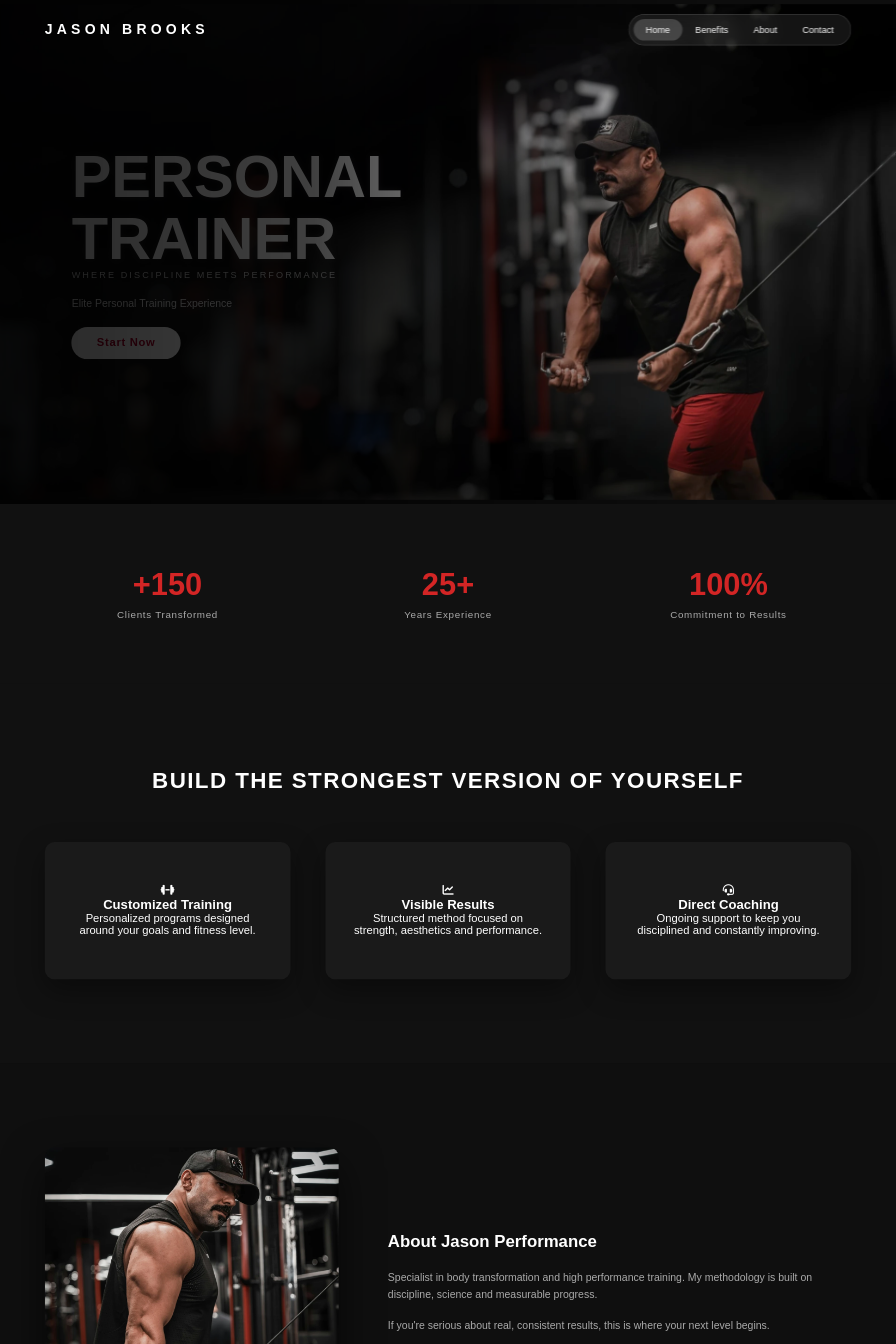
Repository: davidfsillva/Jason-Brooks
Page: index.html
An editor plug-in stored every save of this project. The page is shown before and after the next save, followed by the edit.
The browser window is 1280 px wide. The pictures show the part of the page from y = 0 to 1920 px (the page is 3042 px tall), at 70% of full size.
Some web fonts or font styles are not loaded; a fallback is used.

Above is the page before, as saved 2026-02-21 17:43:39.

### index.html
<!DOCTYPE html>
<html lang="en">
<head>
    <!-- META SEO -->
    <meta charset="UTF-8">
    <meta name="viewport" content="width=device-width, initial-scale=1.0">

    <title>Axon Performance | Personal Trainer</title>
    <meta name="description" content="Personal trainer focused on performance, aesthetics and real physical transformation. Customized training programs for serious results.">

    <!-- Open Graph -->
    <meta property="og:title" content="Axon Performance | Personal Trainer">
    <meta property="og:description" content="Customized training programs focused on performance and transformation.">
    <meta property="og:type" content="website">
    <meta property="og:image" content="https://yourdomain.com/preview.jpg">

    <!-- Font Awesome (removido duplicado) -->
    <link rel="stylesheet" href="https://cdnjs.cloudflare.com/ajax/libs/font-awesome/6.5.1/css/all.min.css">

    <!-- Canonical -->
    <link rel="canonical" href="https://yourdomain.com/">

    <!-- CSS -->
    <link rel="stylesheet" href="style.css">

    <!-- JS -->
    <script src="script.js" defer></script>
</head>

<body>

    <!-- ================= HEADER ================= -->
    <header class="header">
        <div class="container nav-container">
            <div class="logo">JASON BROOKS </div>

            <nav class="nav" id="nav">
                <a href="#home" class="active">Home</a>
                <a href="#benefits">Benefits</a>
                <a href="#about">About</a>
                <a href="#contact">Contact</a>
            </nav>

            <button
                class="menu-toggle"
                id="menu-toggle"
                aria-label="Toggle navigation menu"
                aria-expanded="false">

                <span class="hamburger">
                    <span></span>
                    <span></span>
                    <span></span>
                </span>

            </button>
        </div>
    </header>

    <!-- ================= HERO ================= -->
    <section class="hero" id="home">

        <div class="hero-overlay"></div>

        <div class="hero-content">

            <h1>PERSONAL<br>TRAINER</h1>

            <p class="hero-small">Where Discipline Meets Performance</p>

            <p class="hero-sub">Elite Personal Training Experience</p>
            <a href="#" class="btn-primary">Start Now</a>
        </div>

    </section>

    <!-- ================= STATS ================= -->
    <section class="stats">
        <div class="container stats-grid">
            <div class="stat-item">
                <h3>+150</h3>
                <p>Clients Transformed</p>
            </div>
            <div class="stat-item">
                <h3>25+</h3>
                <p>Years Experience</p>
            </div>
            <div class="stat-item">
                <h3>100%</h3>
                <p>Commitment to Results</p>
            </div>
        </div>
    </section>

    <!-- ================= BENEFITS ================= -->
    <section class="benefits" id="benefits">
        <div class="container">
            <h2 class="section-title fade-in">Build the Strongest Version of Yourself</h2>

            <div class="benefits-grid">

                <div class="benefit-card fade-in">
                    <i class="fa-solid fa-dumbbell"></i>
                    <h3>Customized Training</h3>
                    <p>Personalized programs designed around your goals and fitness level.</p>
                </div>

                <div class="benefit-card fade-in">
                    <i class="fa-solid fa-chart-line"></i>
                    <h3>Visible Results</h3>
                    <p>Structured method focused on strength, aesthetics and performance.</p>
                </div>

                <div class="benefit-card fade-in">
                    <i class="fa-solid fa-headset"></i>
                    <h3>Direct Coaching</h3>
                    <p>Ongoing support to keep you disciplined and constantly improving.</p>
                </div>

            </div>
        </div>
    </section>

    <!-- ================= ABOUT ================= -->
    <section class="about" id="about">
        <div class="container about-container fade-in">

            <div class="about-image">
                <img src="img/hero2.webp" alt="Professional personal trainer coaching client">
            </div>

            <div class="about-text">
                <h2>About Jason Performance</h2>
                <p>
                    Specialist in body transformation and high performance training.
                    My methodology is built on discipline, science and measurable progress.
                </p>
                <p>
                    If you're serious about real, consistent results,
                    this is where your next level begins.
                </p>
                <a href="#contact" class="btn-secondary">Work With Me</a>
            </div>

        </div>
    </section>

    <!-- ================= CTA ================= -->
    <section class="cta" id="contact">
        <div class="container fade-in">
            <h2>Ready to Elevate Your Performance?</h2>
            <p>Fill out the form below and start your transformation today.</p>

            <form id="contact-form" class="contact-form" novalidate>
                <input
                    type="text"
                    id="name"
                    placeholder="Your Name"
                    required
                    aria-label="Your Name">

                <input
                    type="email"
                    id="email"
                    placeholder="Your Email"
                    required
                    aria-label="Your Email">

                <button type="submit" class="btn-primary">
                    Start Now
                </button>

                <p id="form-message" role="alert"></p>
            </form>
        </div>
    </section>

    <!-- ================= FOOTER ================= -->
    <footer class="footer">
        <p>© 2026 Jason Brooks - All Rights Reserved</p>
    </footer>

</body>
</html>

### style.css
/* ================= FONT ================= */
@font-face {
    font-family: 'TT Answer';
    src: url('fonts/TTAnswer-Regular.woff2') format('woff2');
    font-weight: 400;
    font-style: normal;
}

@font-face {
    font-family: 'TT Answer';
    src: url('fonts/TTAnswer-Medium.woff2') format('woff2');
    font-weight: 500;
    font-style: normal;
}

@font-face {
    font-family: 'TT Answer';
    src: url('fonts/TTAnswer-Bold.woff2') format('woff2');
    font-weight: 700;
    font-style: normal;
}


/* ================= DESIGN SYSTEM ================= */
:root {
    --primary: #b0002a;
    --primary-light: #d32525;
    --dark: #0f0f0f;
    --dark-light: #1a1a1a;
    --text: #ffffff;
    --text-muted: #aaaaaa;
    --radius: 14px;
    --transition: 0.3s ease;
}


/* ================= RESET ================= */
* {
    margin: 0;
    padding: 0;
    box-sizing: border-box;
}

body {
    font-family: 'TT Answer', sans-serif;
    background: var(--dark);
    color: var(--text);
    scroll-behavior: smooth;
    -webkit-font-smoothing: antialiased;

}

.container {
    width: 90%;
    max-width: 1200px;
    margin: auto;
}


/* ================= HEADER ================= */
header {
    position: fixed;
    top: 0;
    left: 0;
    width: 100%;
    padding: 20px 0;
    background: transparent;
    z-index: 10;
    transition: 0.3s ease;

}

.nav-container {
    display: flex;
    justify-content: space-between;
    align-items: center;
}

.logo {
    font-size: 20px;
    font-weight: 700;
    letter-spacing: 6px;
    text-transform: uppercase;
}

/* ================= MENU PILL ================= */
.nav {
    display: flex;
    align-items: center;
    padding: 6px;
    border-radius: 40px;
    background: rgba(255,255,255,0.08);
    backdrop-filter: blur(12px);
    border: 1px solid rgba(255,255,255,0.15);
}

.nav a {
    text-decoration: none;
    color: white;
    font-size: 13px;
    font-weight: 500;
    padding: 8px 18px;
    border-radius: 30px;
    transition: 0.3s ease;
}

.nav a.active {
    background: rgba(255, 255, 255, 0.185);
    color: white;
}

.nav a:hover {
    color: var(--primary-light);
}

.menu-toggle {
    display: none;
    font-size: 26px;
    cursor: pointer;
}

.header.scrolled {
    background: rgba(0,0,0,0.85);
    padding: 15px 0;
}

/* ================= HAMBURGER PREMIUM ================= */

.menu-toggle {
    background: none;
    border: none;
    cursor: pointer;
    display: none;
    z-index: 1100;
}

.hamburger {
    width: 28px;
    height: 20px;
    position: relative;
    display: flex;
    flex-direction: column;
    justify-content: space-between;
    transition: 0.4s ease;
}

.hamburger span {
    height: 2px;
    width: 100%;
    background: var(--text);
    border-radius: 2px;
    transition: 0.4s ease;
    transform-origin: center;
}

/* ================= ANIMAÇÃO ATIVO ================= */

.menu-toggle.active .hamburger {
    transform: rotate(180deg);
}

.menu-toggle.active .hamburger span:nth-child(1) {
    transform: translateY(9px) rotate(45deg);
}

.menu-toggle.active .hamburger span:nth-child(2) {
    opacity: 0;
}

.menu-toggle.active .hamburger span:nth-child(3) {
    transform: translateY(-9px) rotate(-45deg);
}



/* ================= HERO ================= */
.hero {
    min-height: 100vh;
    width: 100%;
    position: relative;
    display: flex;
    align-items: center;
    justify-content: flex-start;
    padding: 0 8%;
    overflow: hidden;

    background: url("img/herodes2.webp") right center / cover no-repeat;
    animation: heroZoom 8s ease-out forwards;
}

@keyframes heroZoom {
    from {
        background-size: 105%;
    }
    to {
        background-size: 100%;
    }
}

.hero-overlay {
    position: absolute;
    inset: 0;
    z-index: 1;

    background:
        linear-gradient(
            90deg,
            rgba(0,0,0,0.85) 0%,
            rgba(0,0,0,0.75) 35%,
            rgba(0,0,0,0.4) 60%,
            rgba(0,0,0,0.1) 80%,
            rgba(0,0,0,0) 100%
        );
}

/* ================= HERO ANIMATION ================= */

.hero-content {
    opacity: 0;
    transform: translateY(40px);
    animation: heroReveal 1.2s ease forwards;
    animation-delay: 0.4s;
}

@keyframes heroReveal {
    to {
        opacity: 1;
        transform: translateY(0);
    }
}

.hero-content h1 {
    font-size: 85px;
    line-height: 1.05;
    animation: glowPulse 3s ease-in-out infinite alternate;
}

@keyframes glowPulse {
    from {
        text-shadow: 0 0 10px rgba(255,255,255,0.1);
    }
    to {
        text-shadow: 0 0 25px rgba(255,255,255,0.35);
    }
}

.hero-small {
    font-size: 13px;
    letter-spacing: 3px;
    text-transform: uppercase;
    margin-bottom: 15px;
    opacity: 0.8;
}


.hero-sub {
    margin: 25px 0;
    font-size: 15px;
    font-weight: 400;
    opacity: 0.9;
}

.hero-image-side {
    flex: 1;
    display: flex;
    justify-content: flex-end;
    align-items: center; /* centraliza verticalmente */
    padding-right: 70px;
}

.hero-image-side img {
    width: 95%;
    max-width: 480px;

    -webkit-mask-image: linear-gradient(
        135deg,
        transparent 0%,
        black 40%,
        black 60%,
        transparent 100%
    );

    mask-image: linear-gradient(
        135deg,
        transparent 0%,
        black 40%,
        black 60%,
        transparent 100%
    );
}




/* ================= BUTTONS ================= */
.btn-primary {
    display: inline-block;
    padding: 14px 36px;
    background: var(--text);
    color: var(--primary);
    text-decoration: none;
    font-weight: 600;
    border-radius: 30px;
    letter-spacing: 1px;
    transition: var(--transition);
}

.btn-primary:hover {
    background: var(--primary-light);
    color: white;
    transform: translateY(-3px);
}

.btn-secondary {
    display: inline-block;
    margin-top: 20px;
    padding: 12px 30px;
    border: 2px solid var(--primary);
    color: var(--primary);
    text-decoration: none;
    border-radius: 30px;
    font-weight: 500;
    transition: var(--transition);
}

.btn-secondary:hover {
    background: var(--primary);
    color: white;
}


/* ================= STATS ================= */
.stats {
    background: #111;
    padding: 90px 0;
    text-align: center;
}

.stats-grid {
    display: grid;
    grid-template-columns: repeat(auto-fit, minmax(200px, 1fr));
    gap: 50px;
}

.stat-item h3 {
    font-size: 44px;
    font-weight: 700;
    color: var(--primary-light);
}

.stat-item p {
    margin-top: 10px;
    font-size: 14px;
    color: var(--text-muted);
    letter-spacing: 1px;
}


/* ================= BENEFITS ================= */
.benefits {
    padding: 120px 0;
    background: #111;
    text-align: center;
}

.section-title {
    margin-bottom: 70px;
    font-size: 32px;
    font-weight: 700;
    letter-spacing: 2px;
    text-transform: uppercase;
}

.benefits-grid {
    display: grid;
    grid-template-columns: repeat(auto-fit, minmax(260px, 1fr));
    gap: 50px;
}

.benefit-card {
    background: var(--dark-light);
    padding: 60px 35px;
    border-radius: var(--radius);
    transition: var(--transition);
    box-shadow: 0 15px 40px rgba(0,0,0,0.4);
}

.benefit-card:hover {
    transform: translateY(-10px);
    background: #222;
}

.icon {
    font-size: 32px;
    color: var(--primary-light);
    margin-bottom: 25px;
    transition: 0.3s ease;
}

.benefit-card:hover .icon {
    transform: scale(1.15);
    color: white;
}


/* ================= ABOUT ================= */
.about {
    padding: 120px 0;
    background: var(--dark);
}

.about-container {
    display: flex;
    gap: 70px;
    align-items: center;
    flex-wrap: wrap;
}

.about-image img {
    width: 100%;
    max-width: 420px;
    border-radius: var(--radius);
    box-shadow: 0 25px 60px rgba(0,0,0,0.6);
}

.about-text {
    flex: 1;
}

.about h2 {
    margin-bottom: 25px;
    font-weight: 700;
}

.about p {
    margin-bottom: 18px;
    line-height: 1.7;
    font-size: 15px;
    color: var(--text-muted);
}


/* ================= CTA PREMIUM ================= */
.cta {
    padding: 140px 0;
    background: radial-gradient(circle at top left, rgba(255,0,80,0.25), transparent 60%),
                linear-gradient(120deg, #5a0015, #b0002a);
    text-align: center;
    position: relative;
}

.cta h2 {
    font-size: 36px;
    margin-bottom: 15px;
    letter-spacing: 2px;
    text-transform: uppercase;
}

.cta p {
    color: rgba(255,255,255,0.8);
    margin-bottom: 40px;
    font-size: 15px;
}

/* Card do formulário */
.contact-form {
    background: rgba(255,255,255,0.06);
    backdrop-filter: blur(18px);
    padding: 45px 35px;
    border-radius: 20px;
    display: flex;
    flex-direction: column;
    gap: 18px;
    max-width: 420px;
    margin: auto;
    box-shadow: 0 30px 60px rgba(0,0,0,0.5);
    border: 1px solid rgba(255,255,255,0.08);
}

/* Inputs */
.contact-form input {
    padding: 16px 20px;
    border-radius: 30px;
    border: 1px solid rgba(255,255,255,0.15);
    background: rgba(0,0,0,0.4);
    color: white;
    font-family: 'TT Answer', sans-serif;
    font-size: 14px;
    transition: 0.3s ease;
}

.contact-form input::placeholder {
    color: rgba(255,255,255,0.5);
}

.contact-form input:focus {
    border-color: var(--primary-light);
    box-shadow: 0 0 0 3px rgba(255,45,85,0.2);
    outline: none;
}

/* Botão */
.contact-form button {
    padding: 15px;
    border-radius: 30px;
    border: none;
    background: white;
    color: var(--primary);
    font-weight: 600;
    letter-spacing: 1px;
    cursor: pointer;
    transition: 0.3s ease;
}

.contact-form button:hover {
    background: var(--primary-light);
    color: white;
    transform: translateY(-3px);
    box-shadow: 0 10px 25px rgba(0,0,0,0.4);
}

/* Mensagem */
#form-message {
    margin-top: 12px;
    font-size: 14px;
    color: #ffffffcc;
}


/* ================= FOOTER ================= */
.footer {
    text-align: center;
    padding: 30px;
    background: #000;
    font-size: 13px;
    letter-spacing: 1px;
    color: var(--text-muted);
}


/* ================= ANIMATION ================= */
.fade-in {
    opacity: 0;
    transform: translateY(30px);
    transition: 0.8s ease;
}

.fade-in.visible {
    opacity: 1;
    transform: translateY(0);
}

section {
    scroll-margin-top: 120px;
}


/* ================= RESPONSIVE ================= */

@media (max-width: 768px) {

    /* ===== HERO ESTRUTURA ===== */
    .hero {
        position: relative;
        display: flex;
        flex-direction: column;
        justify-content: center;   /* CENTRALIZA VERTICAL */
        align-items: center;       /* CENTRALIZA HORIZONTAL */
        min-height: 100vh;
        padding: 0 20px;
        text-align: center;
        background: url("img/heromobile.webp") center 35% / cover no-repeat;
    }

    /* ===== FADE PROFISSIONAL CINEMATOGRÁFICO ===== */
    .hero-overlay {
        position: absolute;
        inset: 0;
        background: linear-gradient(
            180deg,
            rgba(0,0,0,0.95) 0%,
            rgba(0,0,0,0.85) 20%,
            rgba(0,0,0,0.35) 45%,
            rgba(0,0,0,0.35) 65%,
            rgba(0,0,0,0.9) 100%
        );
        z-index: 1;
    }

    .hero-content {
        position: relative;
        z-index: 2;
        display: flex;
        flex-direction: column;
        align-items: center;
        justify-content: center;
        gap: 20px;
    }

    /* ===== PERSONAL TRAINER (TOPO) ===== */
    .hero-content h1 {
        font-size: 48px;
        line-height: 1.05;
        letter-spacing: 3px;
        margin-top: 70px;
        text-shadow: 0 5px 20px rgba(0,0,0,0.6);
        text-align: center;
    }

    /* ===== PARTE INFERIOR ===== */
    .hero-small {
        font-size: 11px;
        letter-spacing: 2px;
        margin-bottom: -25px;
        opacity: 0.9;
        text-align: center;
            margin-top: 220px;

    }

    .hero-sub {
        font-size: 15px;
        margin-bottom: 25px;
        opacity: 0.95;
                text-align: center;

    }

    /* ===== BOTÃO MAIS LARGO ===== */
    .btn-primary {
        width: 80%;
        max-width: 300px;
        padding: 16px 0;
        font-size: 15px;
        border-radius: 40px;
        text-align: center;
    }

    /* ===== MENU MOBILE ===== */
    .nav {
        position: absolute;
        top: 80px;
        right: 0;
        background: black;
        flex-direction: column;
        width: 220px;
        padding: 25px;
        display: none;
    }

    .nav.active {
        display: flex;
    }

    .menu-toggle {
        display: block;
    }

    /* ===== ABOUT RESPONSIVO ===== */
    .about-container {
        flex-direction: column;
        text-align: center;
    }
}

### script.js
// ================= MENU MOBILE =================
const toggle = document.getElementById("menu-toggle");
const nav = document.getElementById("nav");
const icon = toggle.querySelector("i");

toggle.addEventListener("click", () => {

    const isActive = nav.classList.toggle("active");

    toggle.classList.toggle("active");
    toggle.setAttribute("aria-expanded", isActive);

    // Troca ícone
    if (isActive) {
        icon.classList.remove("fa-bars");
        icon.classList.add("fa-xmark");
    } else {
        icon.classList.remove("fa-xmark");
        icon.classList.add("fa-bars");
    }
});

// ================= HEADER SCROLL EFFECT =================
const header = document.querySelector(".header");

if (header) {
    window.addEventListener("scroll", () => {
        header.classList.toggle("scrolled", window.scrollY > 50);
    });
}


/*
IMPORTANTE:
Adicione isso no CSS:

.header.scrolled {
    background: rgba(0,0,0,0.85);
    padding: 15px 0;
}
*/


// ================= SCROLL REVEAL =================
const faders = document.querySelectorAll(".fade-in");

if ("IntersectionObserver" in window && faders.length > 0) {

    const appearOptions = {
        threshold: 0.15,
        rootMargin: "0px 0px -50px 0px"
    };

    const appearOnScroll = new IntersectionObserver((entries, observer) => {
        entries.forEach(entry => {

            if (!entry.isIntersecting) return;

            entry.target.classList.add("visible");
            observer.unobserve(entry.target);

        });
    }, appearOptions);

    faders.forEach((el, index) => {
        el.style.transitionDelay = `${index * 0.1}s`;
        appearOnScroll.observe(el);
    });
}


// ================= FORM VALIDATION =================
const form = document.getElementById("contact-form");
const message = document.getElementById("form-message");

if (form && message) {

    form.addEventListener("submit", function(e){
        e.preventDefault();

        const name = document.getElementById("name").value.trim();
        const email = document.getElementById("email").value.trim();

        const emailRegex = /^[^\s@]+@[^\s@]+\.[^\s@]+$/;

        if (name.length < 3) {
            message.textContent = "Please enter a valid name (min. 3 characters).";
            message.style.color = "yellow";
            return;
        }

        if (!emailRegex.test(email)) {
            message.textContent = "Please enter a valid email address.";
            message.style.color = "yellow";
            return;
        }

        message.textContent = "Message sent successfully!";
        message.style.color = "lightgreen";

        form.reset();
    });
}

const sections = document.querySelectorAll("section");
const navLinks = document.querySelectorAll(".nav a");

window.addEventListener("scroll", () => {
  let current = "";

  sections.forEach(section => {
    const sectionTop = section.offsetTop - 150;
    if (scrollY >= sectionTop) {
      current = section.getAttribute("id");
    }
  });

  navLinks.forEach(link => {
    link.classList.remove("active");
    if (link.getAttribute("href") === "#" + current) {
      link.classList.add("active");
    }
  });
});

After the next save:
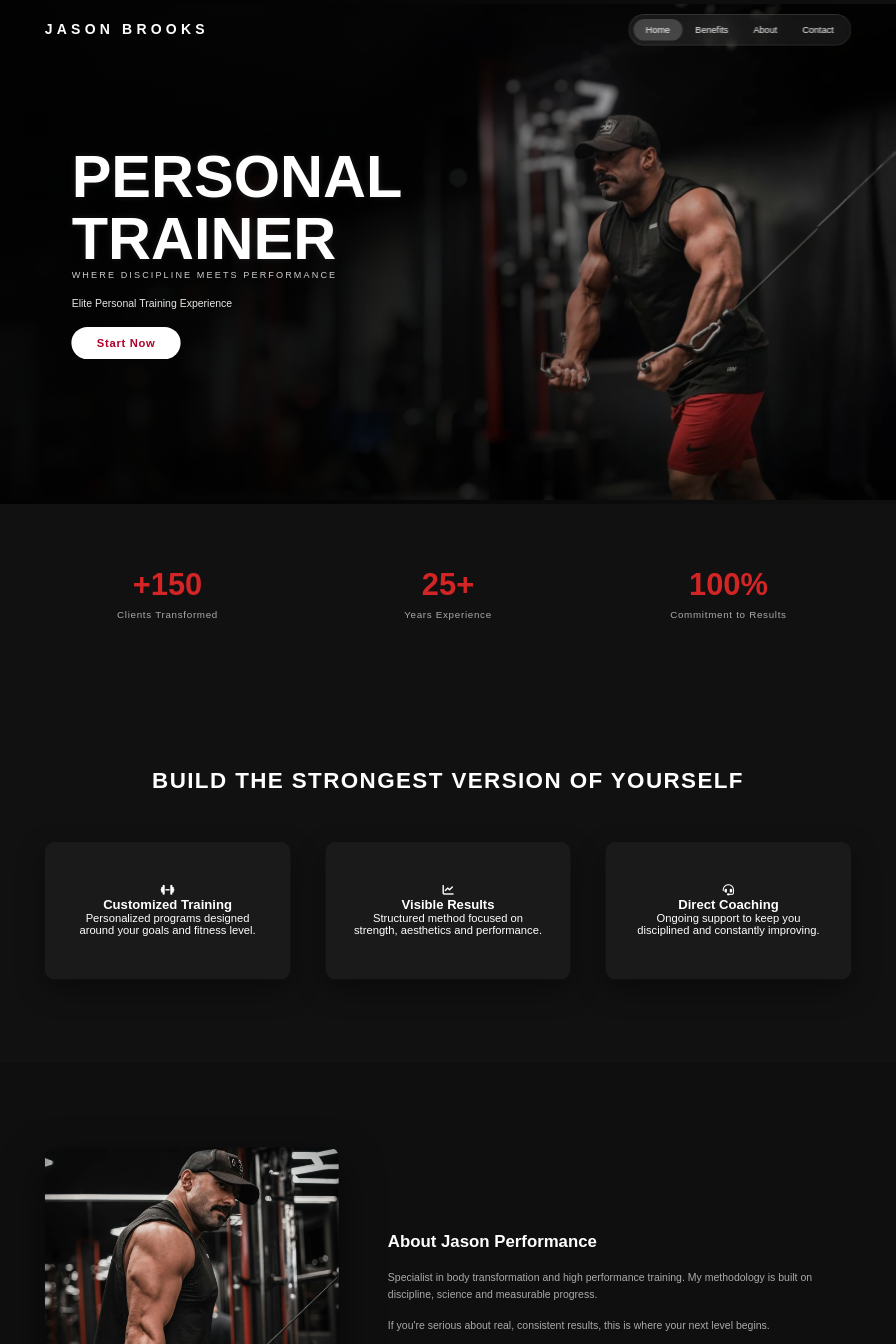
Saved 3 min 19 s later.
--- a/style.css
+++ b/style.css
@@ -216,10 +216,8 @@ header {
 /* ================= HERO ANIMATION ================= */
 
 .hero-content {
-    opacity: 0;
-    transform: translateY(40px);
-    animation: heroReveal 1.2s ease forwards;
-    animation-delay: 0.4s;
+    position: relative;
+    z-index: 2;
 }
 
 @keyframes heroReveal {
